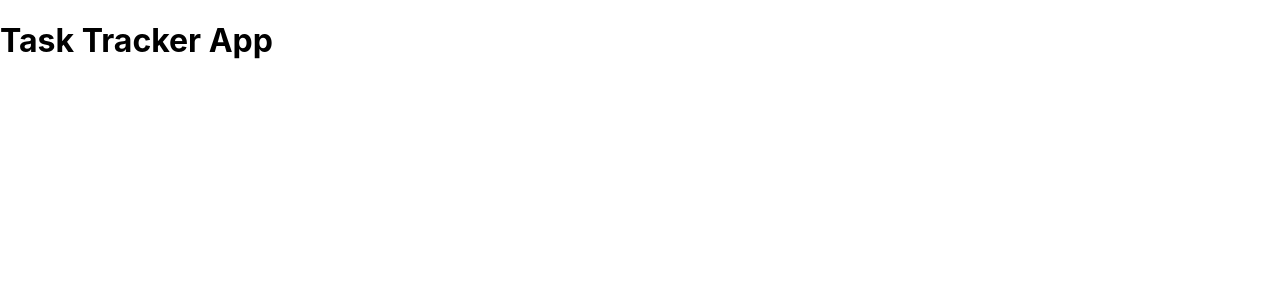
Repository: feyroozecode/task_tracker
Page: /
These files come from the project's save history. The page is drawn as it stood at one moment and after a run of saves; the edit follows.
The browser window is 1280 px wide. The pictures show the whole page.
The project was rebuilt for these pictures with package versions that can differ from the ones it lists, and the page was loaded fresh each time.

Above is the page before, as saved 2023-10-19 16:03:04.

After the next 3 saves:
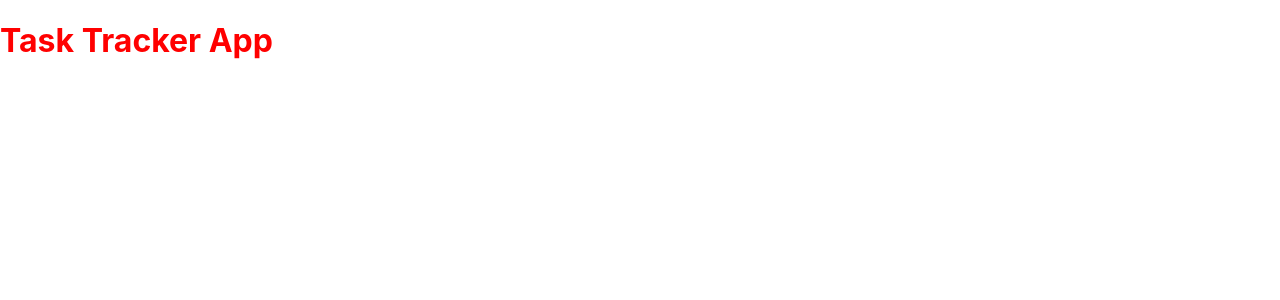
The 3 saves are shown as one change because 1 did not build or start and some came seconds apart.
The last was saved 50 s later.
--- a/src/components/Header.js
+++ b/src/components/Header.js
@@ -3,7 +3,7 @@ import PropTypes from 'prop-types'
 const Header = ({ title }) => {
     return (
         <header>
-            <h1> { title } </h1>
+            <h1 style={{ color: 'red' }}> { title } </h1>
         </header>
     )
 }
